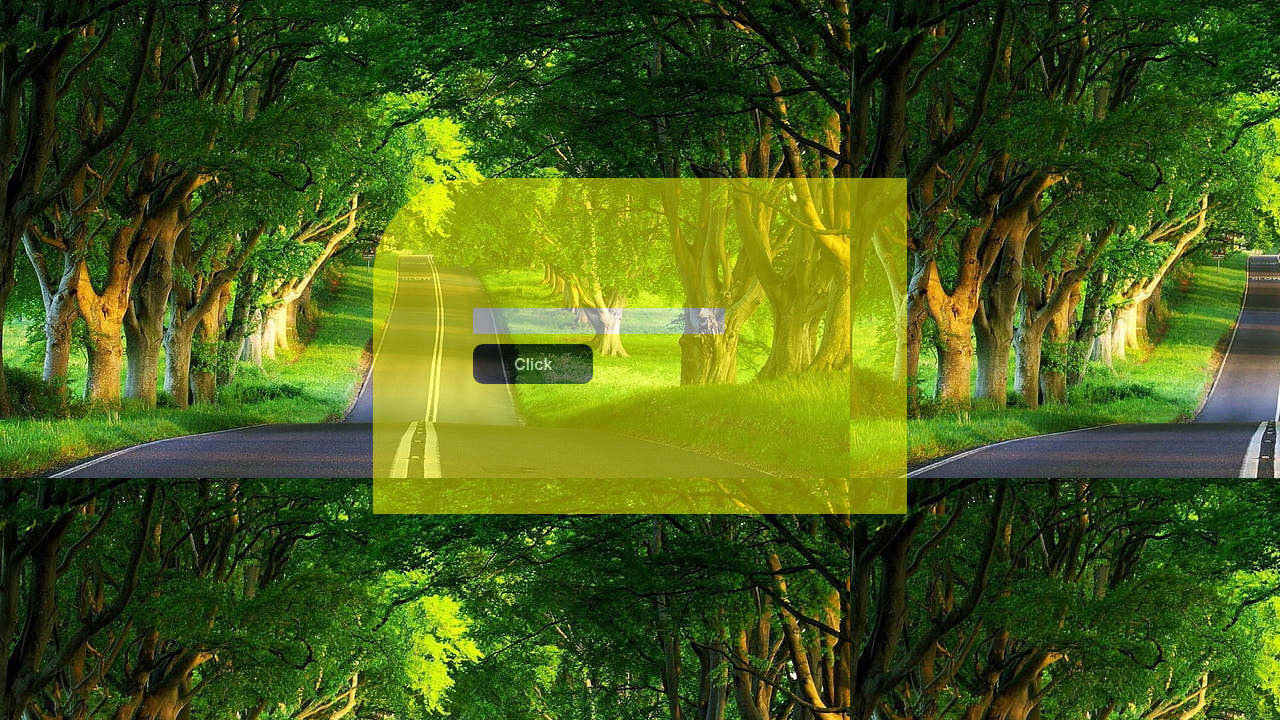
Repository: prashantkumarbind/Hospital-Weather-Concept
Page: http://localhost/weather-app/
An editor plug-in stored every save of this project. The page is shown before and after the next save, followed by the edit.
The browser window is 1280 px wide. The pictures show the whole page.
The page is served by Tomcat 9. Other server files are loaded and not shown.

Above is the page before, as saved 2024-01-19 07:40:53.

### weather-app/src/main/webapp/index.jsp
<%@ page language="java" contentType="text/html; charset=ISO-8859-1"
    pageEncoding="ISO-8859-1"%>
<!DOCTYPE html>
<html>
<head>
<meta charset="ISO-8859-1">
<meta charset="utf-8">
<meta name="viewport" content="width=device-width, initial-scale=1, shrink-to-fit=no">
<link rel="stylesheet" href="https://cdn.jsdelivr.net/npm/bootstrap@4.6.2/dist/css/bootstrap.min.css">
<title>weather app</title>
<style>
	body{
		 background-image: url("img/we3.jpg");
	}
	.controller{
		margin-top:130px;
		background-color:yellow;
		padding:130px 100px;
		opacity: 0.50;
		border-top-left-radius:100px;
	}
	.button-design{
		color:white;
		background-color:black;
		margin-top:10px;
		text-align: center;
		justify-content:end;
		width:120px;
		border-radius:10px;
		font-weight:600;
		border:none;
		height:40px;
	}
	.button-design:hover{
		background-color:green;
		color:red;
	}
	.text-design{
		border:none;
	}
</style>
</head>
<body>

		<section class="form-top-header header-top mt-5">
			<div class="container-fluid">
				<div class="row justify-content-center">
					<div class="col-5 form controller ">
						<form action="FormDataController" method="Post">
							 <div class="form-design">
							 	<input class=" text-design" type="text" name="city_name">
							 	<input class="button-design" type="submit" value="Click">
							 </div>
						</form>
					</div>
				</div>
			</div>
		</section>

 <!-- <script src="https://cdn.jsdelivr.net/npm/jquery@3.5.1/dist/jquery.slim.min.js"></script>
 <script src="https://cdn.jsdelivr.net/npm/bootstrap@4.6.2/dist/js/bootstrap.bundle.min.js"></script>
 -->
</body>
</html>

After the next save:
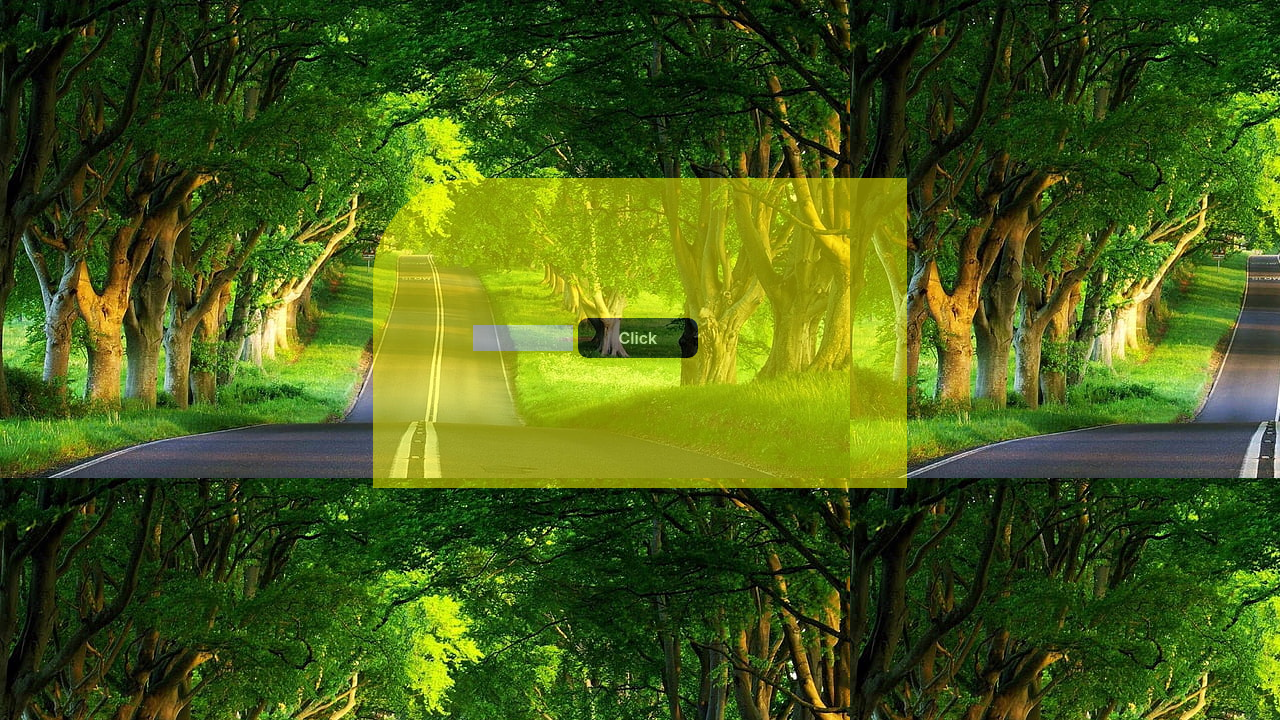
Saved 27 s later.
--- a/weather-app/src/main/webapp/index.jsp
+++ b/weather-app/src/main/webapp/index.jsp
@@ -37,6 +37,7 @@
 	}
 	.text-design{
 		border:none;
+		width:100px;
 	}
 </style>
 </head>
@@ -48,7 +49,7 @@
 					<div class="col-5 form controller ">
 						<form action="FormDataController" method="Post">
 							 <div class="form-design">
-							 	<input class=" text-design" type="text" name="city_name">
+							 	<input class="text-design" type="text" name="city_name">
 							 	<input class="button-design" type="submit" value="Click">
 							 </div>
 						</form>

After the save that followed:
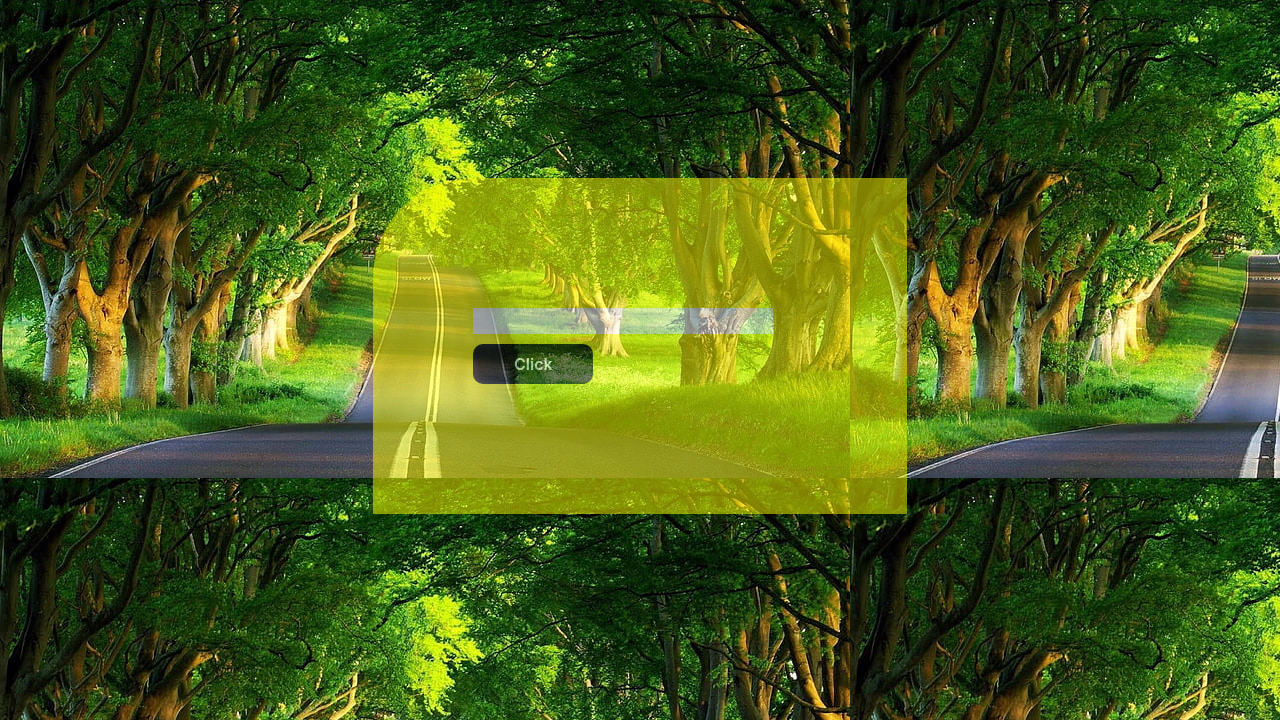
Saved 9 s later.
--- a/weather-app/src/main/webapp/index.jsp
+++ b/weather-app/src/main/webapp/index.jsp
@@ -37,7 +37,7 @@
 	}
 	.text-design{
 		border:none;
-		width:100px;
+		width:300px;
 	}
 </style>
 </head>
